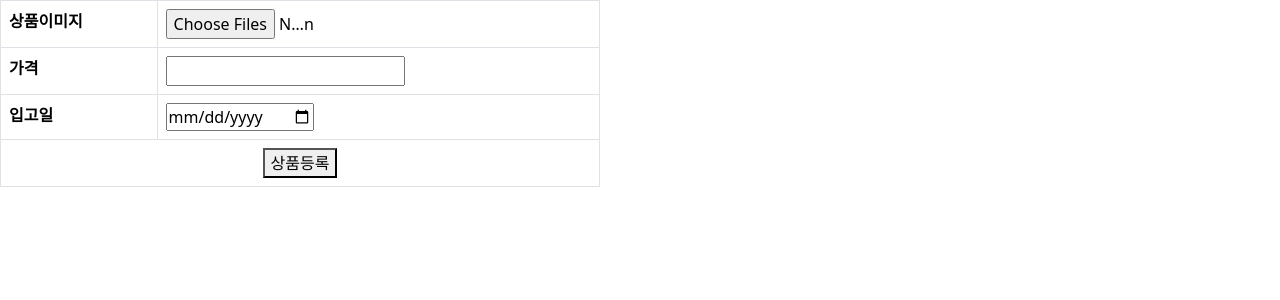
Repository: UZCHA/Sist0103Project
Page: http://localhost/SpringMvcUploadQuiz/quiz/myshop
These files come from the project's save history. The page is drawn as it stood at one moment and after the next save; the edit follows.
The browser window is 1280 px wide. The pictures show the whole page.
Some web fonts or font styles are not loaded; a fallback is used. The page is served by Tomcat 9.

Above is the page before, as saved 2024-05-07 07:48:49.

After the next save:
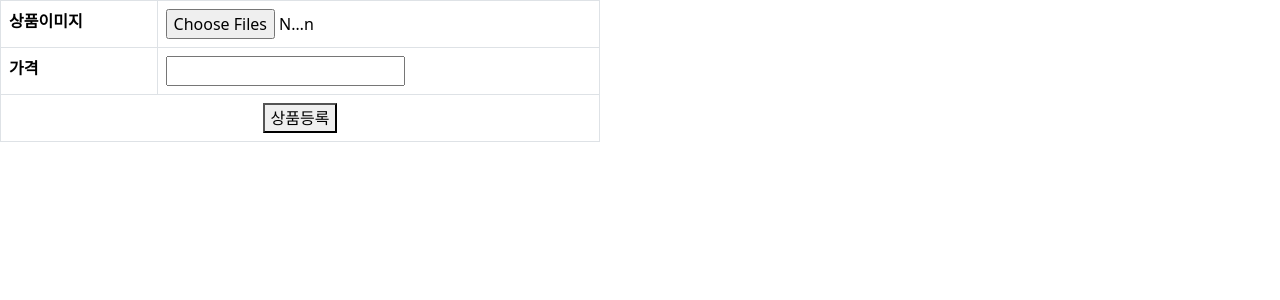
Saved 9 s later.
--- a/sts3work/SpringMvcUploadQuiz/src/main/webapp/WEB-INF/day0507Quiz/quizUploadForm.jsp
+++ b/sts3work/SpringMvcUploadQuiz/src/main/webapp/WEB-INF/day0507Quiz/quizUploadForm.jsp
@@ -27,12 +27,7 @@
 					<input type="text" name="price">
 				</td>
 			</tr>
-			<tr>
-				<th>입고일</th>
-				<td>
-					<input type="date" name="ipgoday">
-				</td>
-			</tr>
+
 			<tr>
 				<td colspan="2" align="center">
 					<button type="submit">상품등록</button>
